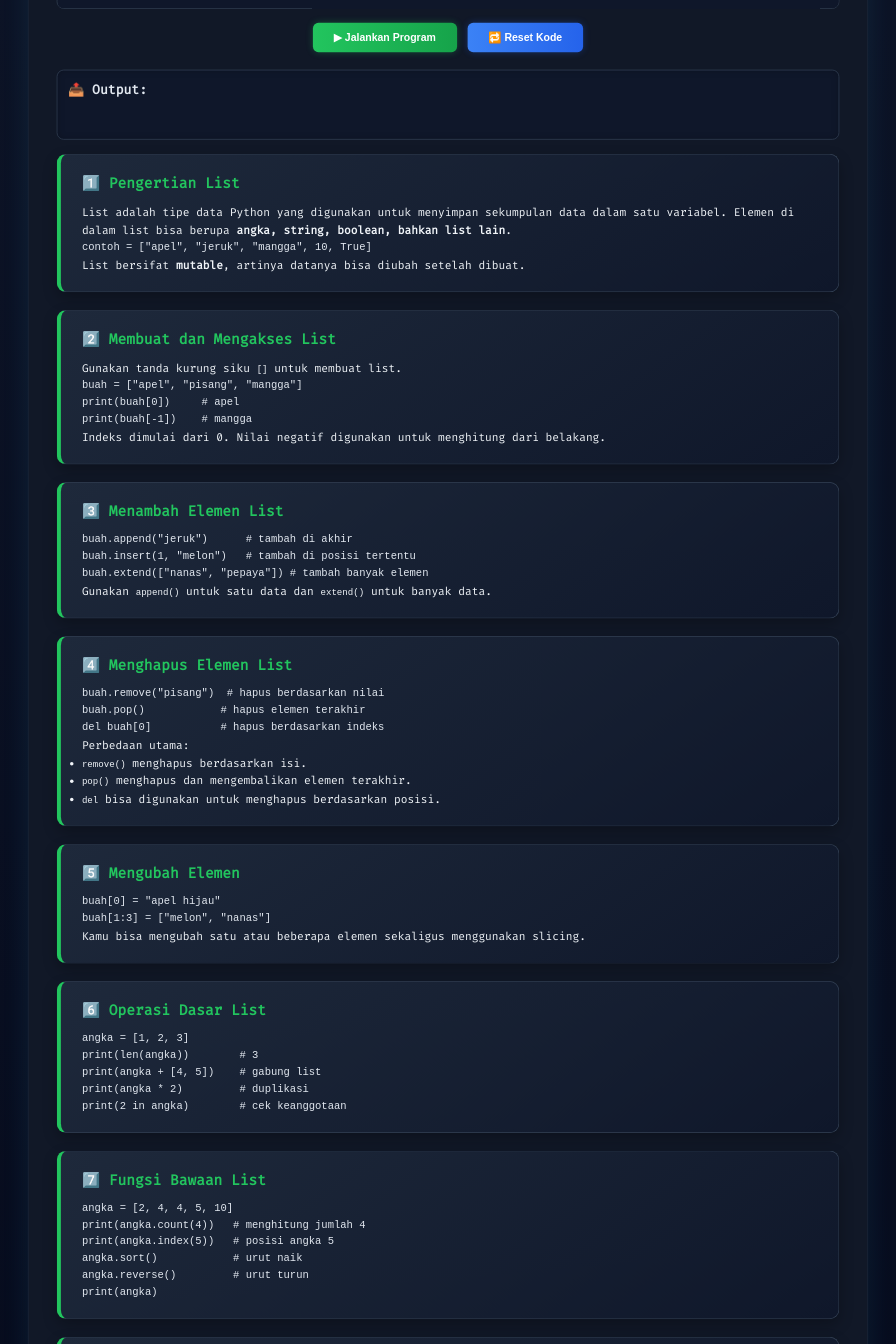
Repository: smkmutipugademak/Array
Page: index.html
The author's editor kept a copy of each file at every save. The page is drawn from the files as they stood at one save, then again after a run of saves.
The browser window is 1280 px wide. The pictures show the part of the page from y = 831 to 2751 px (the page is 4413 px tall before and 5846 px after), at 70% of full size.
An inner scrolling area shows only its first screen.

Above is the page before, as saved 2025-11-11 05:20:42.

### index.html
<!DOCTYPE html>
<html lang="id">

<head>
    <meta charset="UTF-8" />
    <meta name="viewport" content="width=device-width, initial-scale=1.0" />
    <title>🐍 Python Interactive Compiler - Belajar List</title>
    <link rel="stylesheet" href="style.css" />
    <link href="https://fonts.googleapis.com/css2?family=Fira+Code&display=swap" rel="stylesheet">
</head>

<body>
    <div class="container">
        <h1>🐍 Python Interactive Compiler</h1>
        <h2>📚 Modul: List (Array) Lengkap</h2>

        <div class="tabs">
            <button class="tab-button active" data-tab="praktikum">🧩 Praktikum</button>
        </div>

        <!-- ===================== TAB PRAKTIKUM ===================== -->
        <div id="praktikum" class="tab-content active">
            <div class="instructions">
                <h3>📗 Panduan Praktikum</h3>
                <ul>
                    <li>Edit bagian tertentu sesuai instruksi di komentar <code>#</code>.</li>
                    <li>Klik <b>▶ Jalankan</b> untuk menjalankan kode.</li>
                    <li>Klik <b>🔁 Reset</b> untuk mengembalikan kode ke versi awal.</li>
                    <li>Kode otomatis tersimpan, tidak akan hilang saat reload!</li>
                </ul>
            </div>

            <div class="editor-section">
                <label>💻 Kode Python:</label>
                <textarea id="editor" spellcheck="false"></textarea>

                <div class="btn-group">
                    <button id="runBtn">▶ Jalankan Program</button>
                    <button id="resetBtn">🔁 Reset Kode</button>
                </div>
            </div>

            <div class="output-container">
                <h3>📤 Output:</h3>
                <pre id="output"></pre>
            </div>
        </div>

        <!-- ===================== TAB TEORI LENGKAP ===================== -->
        <div id="teori" class="tab-content">
            <div class="theory-section">
                <div class="card">
                    <h3>1️⃣ Pengertian List</h3>
                    <p>List adalah tipe data Python yang digunakan untuk menyimpan sekumpulan data dalam satu variabel.
                        Elemen di dalam list bisa berupa <b>angka, string, boolean, bahkan list lain</b>.</p>
                    <pre><code>contoh = ["apel", "jeruk", "mangga", 10, True]</code></pre>
                    <p>List bersifat <b>mutable</b>, artinya datanya bisa diubah setelah dibuat.</p>
                </div>

                <div class="card">
                    <h3>2️⃣ Membuat dan Mengakses List</h3>
                    <p>Gunakan tanda kurung siku <code>[]</code> untuk membuat list.</p>
                    <pre><code>buah = ["apel", "pisang", "mangga"]
print(buah[0])     # apel
print(buah[-1])    # mangga</code></pre>
                    <p>Indeks dimulai dari 0. Nilai negatif digunakan untuk menghitung dari belakang.</p>
                </div>

                <div class="card">
                    <h3>3️⃣ Menambah Elemen List</h3>
                    <pre><code>buah.append("jeruk")      # tambah di akhir
buah.insert(1, "melon")   # tambah di posisi tertentu
buah.extend(["nanas", "pepaya"]) # tambah banyak elemen</code></pre>
                    <p>Gunakan <code>append()</code> untuk satu data dan <code>extend()</code> untuk banyak data.</p>
                </div>

                <div class="card">
                    <h3>4️⃣ Menghapus Elemen List</h3>
                    <pre><code>buah.remove("pisang")  # hapus berdasarkan nilai
buah.pop()            # hapus elemen terakhir
del buah[0]           # hapus berdasarkan indeks</code></pre>
                    <p>Perbedaan utama:
                    <ul>
                        <li><code>remove()</code> menghapus berdasarkan isi.</li>
                        <li><code>pop()</code> menghapus dan mengembalikan elemen terakhir.</li>
                        <li><code>del</code> bisa digunakan untuk menghapus berdasarkan posisi.</li>
                    </ul>
                    </p>
                </div>

                <div class="card">
                    <h3>5️⃣ Mengubah Elemen</h3>
                    <pre><code>buah[0] = "apel hijau"
buah[1:3] = ["melon", "nanas"]</code></pre>
                    <p>Kamu bisa mengubah satu atau beberapa elemen sekaligus menggunakan slicing.</p>
                </div>

                <div class="card">
                    <h3>6️⃣ Operasi Dasar List</h3>
                    <pre><code>angka = [1, 2, 3]
print(len(angka))        # 3
print(angka + [4, 5])    # gabung list
print(angka * 2)         # duplikasi
print(2 in angka)        # cek keanggotaan</code></pre>
                </div>

                <div class="card">
                    <h3>7️⃣ Fungsi Bawaan List</h3>
                    <pre><code>angka = [2, 4, 4, 5, 10]
print(angka.count(4))   # menghitung jumlah 4
print(angka.index(5))   # posisi angka 5
angka.sort()            # urut naik
angka.reverse()         # urut turun
print(angka)</code></pre>
                </div>

                <div class="card">
                    <h3>8️⃣ Slicing List</h3>
                    <pre><code>buah = ["apel", "pisang", "jeruk", "mangga", "melon"]
print(buah[1:4])   # ['pisang', 'jeruk', 'mangga']
print(buah[:3])    # ['apel', 'pisang', 'jeruk']
print(buah[::-1])  # urutan dibalik</code></pre>
                </div>

                <div class="card">
                    <h3>9️⃣ Nested List (List di dalam List)</h3>
                    <pre><code>kelas = [["Ani", 80], ["Budi", 90], ["Citra", 85]]
print(kelas[1][0])  # Budi
print(kelas[1][1])  # 90</code></pre>
                    <p>Nested list sering digunakan untuk menyimpan data tabel atau pasangan nilai (nama dan skor).</p>
                </div>

                <div class="card">
                    <h3>🔟 Looping pada List</h3>
                    <pre><code>for buah in ["apel", "pisang", "jeruk"]:
    print(buah)</code></pre>
                    <p>Bisa juga menggunakan <code>enumerate()</code> untuk mendapatkan indeks dan nilai:</p>
                    <pre><code>buah = ["apel", "jeruk", "pisang"]
for i, item in enumerate(buah):
    print(i, item)</code></pre>
                </div>

                <div class="card">
                    <h3>1️⃣1️⃣ List Comprehension</h3>
                    <p>Cara singkat membuat list dari iterasi.</p>
                    <pre><code>angka = [x for x in range(5)]
kuadrat = [x**2 for x in range(1,6)]
print(angka)
print(kuadrat)</code></pre>
                </div>

                <div class="card">
                    <h3>1️⃣2️⃣ Fungsi Copy, Clear, dan Lainnya</h3>
                    <pre><code>data = [1, 2, 3]
salinan = data.copy()
salinan.append(4)
print("Asli:", data)
print("Salinan:", salinan)

data.clear()
print("Setelah clear:", data)</code></pre>
                </div>

                <div class="card">
                    <h3>📖 Rangkuman</h3>
                    <ul>
                        <li>List menyimpan banyak data dalam satu variabel.</li>
                        <li>List bersifat <b>mutable</b> (bisa diubah).</li>
                        <li>Dapat ditambah, dihapus, digabung, dan diulang.</li>
                        <li>Mendukung operasi matematika dan logika sederhana.</li>
                        <li>Sangat penting untuk memahami manipulasi data di Python.</li>
                    </ul>
                </div>

                <div class="card" style="text-align:center; color:#22c55e;">
                    <h3>🎉 Selesai! Kamu sudah memahami semua konsep List Python 🎉</h3>
                </div>
            </div>
        </div>
    </div>

    <!-- Skulpt -->
    <script src="https://cdn.jsdelivr.net/npm/skulpt@1.2.0/dist/skulpt.min.js"></script>
    <script src="https://cdn.jsdelivr.net/npm/skulpt@1.2.0/dist/skulpt-stdlib.js"></script>
    <script src="script.js"></script>
</body>

</html>

### style.css
/* =======================================
   🌌 MODERN RESPONSIVE PYTHON COMPILER UI
   By Nanda Edition
======================================= */

/* RESET & BASE */
* {
    box-sizing: border-box;
    margin: 0;
    padding: 0;
}

body {
    background: radial-gradient(circle at top, #0f172a, #020617);
    color: #e2e8f0;
    font-family: "Fira Code", monospace;
    display: flex;
    justify-content: center;
    align-items: flex-start;
    min-height: 100vh;
    padding: 30px 10px;
}

/* CONTAINER */
.container {
    background: #111827;
    border: 1px solid #1e293b;
    border-radius: 20px;
    width: 100%;
    max-width: 1200px;
    padding: 30px 40px;
    box-shadow: 0 0 40px rgba(56, 189, 248, 0.1);
    animation: fadeIn 0.6s ease;
}

/* TITLE */
h1 {
    text-align: center;
    color: #38bdf8;
    font-size: 1.9rem;
    font-weight: 600;
    margin-bottom: 10px;
}

h2 {
    text-align: center;
    color: #94a3b8;
    font-size: 1rem;
    margin-bottom: 20px;
}

/* TABS */
.tabs {
    display: flex;
    justify-content: center;
    flex-wrap: wrap;
    gap: 10px;
    margin-bottom: 25px;
}

.tab-button {
    padding: 10px 22px;
    background: #1e293b;
    border: 1px solid #334155;
    border-radius: 10px;
    color: #cbd5e1;
    cursor: pointer;
    transition: all 0.3s ease;
    font-weight: 500;
}

.tab-button:hover {
    background: #2563eb;
    color: #fff;
    transform: translateY(-2px);
}

.tab-button.active {
    background: linear-gradient(90deg, #22c55e, #16a34a);
    color: #fff;
    box-shadow: 0 0 10px rgba(34, 197, 94, 0.4);
}

/* THEORY SECTION */
.theory-section {
    display: flex;
    flex-direction: column;
    gap: 25px;
    margin-top: 20px;
}

.card {
    background: linear-gradient(145deg, #1e293b 0%, #0f172a 100%);
    border: 1px solid #334155;
    border-left: 6px solid #22c55e;
    border-radius: 14px;
    padding: 25px 30px;
    color: #f1f5f9;
    line-height: 1.6;
    position: relative;
    transition: all 0.3s ease;
    box-shadow: 0 8px 20px rgba(0, 0, 0, 0.25);
}

.card:hover {
    transform: translateY(-4px);
    border-left-color: #38bdf8;
    box-shadow: 0 10px 25px rgba(56, 189, 248, 0.15);
}
/* Nomor bab */
.card h3 {
    display: flex;
    align-items: center;
    gap: 10px;
    font-size: 1.3rem;
    font-weight: 700;
    color: #22c55e;
    margin-bottom: 12px;
}
/* EDITOR SECTION */
.editor-section {
    display: flex;
    flex-direction: column;
    gap: 20px;
}

textarea {
    width: 100%;
    height: 480px;
    background: #0f172a;
    color: #f8fafc;
    border: 1px solid #334155;
    border-radius: 10px;
    padding: 15px;
    font-size: 15px;
    resize: none;
    outline: none;
    transition: all 0.3s ease;
}

textarea:focus {
    border-color: #38bdf8;
    box-shadow: 0 0 10px rgba(56, 189, 248, 0.2);
}

/* BUTTON GROUP */
.btn-group {
    display: flex;
    justify-content: center;
    flex-wrap: wrap;
    gap: 15px;
}

#runBtn,
#resetBtn {
    padding: 12px 30px;
    border: none;
    border-radius: 8px;
    color: #fff;
    cursor: pointer;
    font-size: 15px;
    font-weight: 600;
    transition: all 0.3s ease;
}

#runBtn {
    background: linear-gradient(90deg, #22c55e, #16a34a);
    box-shadow: 0 0 10px rgba(34, 197, 94, 0.3);
}

#runBtn:hover {
    background: linear-gradient(90deg, #16a34a, #15803d);
    transform: translateY(-2px);
}

#resetBtn {
    background: linear-gradient(90deg, #3b82f6, #2563eb);
    box-shadow: 0 0 10px rgba(37, 99, 235, 0.3);
}

#resetBtn:hover {
    background: linear-gradient(90deg, #2563eb, #1d4ed8);
    transform: translateY(-2px);
}

/* OUTPUT CONTAINER */
.output-container {
    background: #0f172a;
    border: 1px solid #334155;
    border-radius: 10px;
    padding: 15px;
    margin-top: 25px;
    overflow-x: auto;
    min-height: 100px;
    box-shadow: inset 0 0 10px rgba(0, 0, 0, 0.2);
}

pre {
    color: #e2e8f0;
    font-size: 15px;
    white-space: pre-wrap;
}

/* ANIMASI */
@keyframes fadeIn {
    from {
        opacity: 0;
        transform: translateY(20px);
    }

    to {
        opacity: 1;
        transform: translateY(0);
    }
}

/* RESPONSIVE ADJUSTMENTS */

/* 💻 Laptop kecil */
@media (max-width: 1024px) {
    .container {
        padding: 20px;
    }

    textarea {
        height: 400px;
        font-size: 14px;
    }
}

/* 📱 Tablet */
@media (max-width: 768px) {
    h1 {
        font-size: 1.6rem;
    }

    .theory-section {
        grid-template-columns: 1fr;
    }

    textarea {
        height: 350px;
    }
}

/* 📱 Smartphone besar */
@media (max-width: 480px) {
    .container {
        padding: 15px;
        border-radius: 14px;
    }

    .tab-button {
        padding: 8px 16px;
        font-size: 13px;
    }

    #runBtn,
    #resetBtn {
        padding: 10px 20px;
        font-size: 13px;
    }

    textarea {
        height: 300px;
        font-size: 13px;
    }
}

### script.js
// ============================================================
// 🧠 PYTHON COMPILER WITH AUTOSAVE
// ============================================================
const defaultCode = `# ============================================================
# 📘 PRAKTIKUM PYTHON LIST LENGKAP
# ============================================================

buah = ["apel", "jeruk", "pisang", "mangga"]
print("List buah awal:", buah)

# 🔹 Akses elemen
print("Buah pertama:", buah[0])
print("Buah terakhir:", buah[-1])

# 🔹 Ubah elemen
buah[0] = "apel hijau"
print("Setelah diubah:", buah)

# 🔹 Tambah data
buah.append("melon")
buah.insert(2, "anggur")
buah.extend(["nanas", "pepaya"])
print("Setelah ditambah:", buah)

# 🔹 Hapus data
buah.remove("jeruk")
hapus = buah.pop()
print("Setelah dihapus:", buah)
print("Yang dihapus:", hapus)

# 🔹 Fungsi dasar list
angka = [2, 4, 5, 5, 10, 4]
print("List angka:", angka)
print("Jumlah elemen:", len(angka))
print("Banyak angka 5:", angka.count(5))
print("Indeks angka 4:", angka.index(4))

# 🔹 Operasi list
print("Penjumlahan list:", angka + [20, 30])
print("Duplikasi list:", angka * 2)
print("Apakah 4 ada di list?", 4 in angka)

# 🔹 Slicing
print("Elemen ke-2 s.d 4:", angka[1:4])
print("Membalik urutan:", angka[::-1])

# 🔹 Nested list
kelas = [["Ani", 80], ["Budi", 90], ["Citra", 85]]
print("Nilai Budi:", kelas[1][1])

# 🔹 Looping
print("Daftar nilai siswa:")
for nama, nilai in kelas:
    print("-", nama, "=", nilai)

# 🔹 List comprehension
kuadrat = [x**2 for x in range(1, 6)]
print("Kuadrat 1–5:", kuadrat)

# 🔹 Sort & Reverse
angka2 = [9, 3, 6, 1, 7]
angka2.sort()
print("Urut naik:", angka2)
angka2.reverse()
print("Urut turun:", angka2)

# 🔹 Copy dan Clear
salinan = angka2.copy()
salinan.append(100)
print("Asli:", angka2)
print("Salinan:", salinan)
salinan.clear()
print("Setelah clear:", salinan)

print("\\n✅ Semua fungsi List Python telah dipelajari!")`;

// ===========================
//  Inisialisasi Editor
// ===========================
const editor = document.getElementById("editor");
const output = document.getElementById("output");
const savedCode = localStorage.getItem("pythonCode");

editor.value = savedCode || defaultCode;

// ===========================
//  Jalankan Program
// ===========================
function outf(text) {
    output.innerHTML += text + "\n";
}

function builtinRead(x) {
    if (Sk.builtinFiles === undefined || Sk.builtinFiles["files"][x] === undefined)
        throw "File not found: '" + x + "'";
    return Sk.builtinFiles["files"][x];
}

document.getElementById("runBtn").addEventListener("click", () => {
    output.innerHTML = "";
    Sk.configure({ output: outf, read: builtinRead });
    Sk.misceval.asyncToPromise(() => Sk.importMainWithBody("<stdin>", false, editor.value, true))
        .then(() => outf("\n✅ Program selesai tanpa error."))
        .catch(err => outf("\n❌ Error: " + err.toString()));
});

// ===========================
//  Reset ke Default
// ===========================
document.getElementById("resetBtn").addEventListener("click", () => {
    if (confirm("Yakin ingin mengembalikan kode ke versi awal?")) {
        editor.value = defaultCode;
        output.innerHTML = "";
        localStorage.removeItem("pythonCode");
    }
});

// ===========================
//  Autosave Tiap 2 Detik
// ===========================
setInterval(() => {
    localStorage.setItem("pythonCode", editor.value);
}, 2000);

// ===========================
//  Tab Navigasi
// ===========================
document.querySelectorAll(".tab-button").forEach(btn => {
    btn.addEventListener("click", () => {
        document.querySelectorAll(".tab-button").forEach(b => b.classList.remove("active"));
        document.querySelectorAll(".tab-content").forEach(c => c.classList.remove("active"));
        btn.classList.add("active");
        document.getElementById(btn.dataset.tab).classList.add("active");
    });
});

After the next 2 saves:
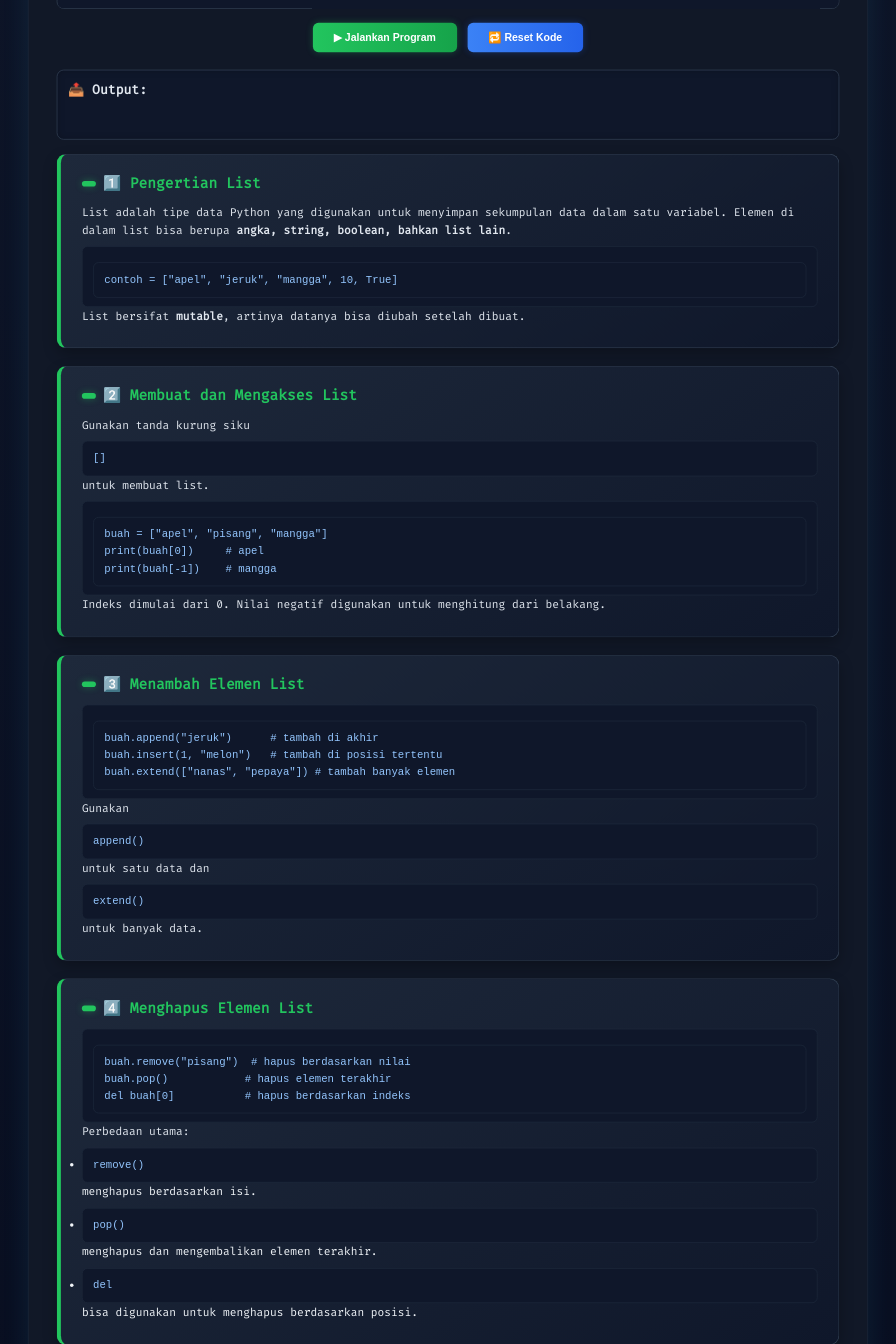
The 2 saves are shown as one change because they came seconds apart.
The last was saved 19 s later.
--- a/style.css
+++ b/style.css
@@ -107,6 +107,7 @@ h2 {
     border-left-color: #38bdf8;
     box-shadow: 0 10px 25px rgba(56, 189, 248, 0.15);
 }
+
 /* Nomor bab */
 .card h3 {
     display: flex;
@@ -117,11 +118,84 @@ h2 {
     color: #22c55e;
     margin-bottom: 12px;
 }
+
 /* EDITOR SECTION */
 .editor-section {
     display: flex;
     flex-direction: column;
     gap: 20px;
+}
+
+.card h3::before {
+    content: attr(data-step);
+    background: #22c55e;
+    color: #fff;
+    font-weight: 700;
+    border-radius: 8px;
+    padding: 4px 10px;
+    font-size: 0.9rem;
+    box-shadow: 0 0 10px rgba(34, 197, 94, 0.4);
+}
+
+/* Teks isi */
+.card p {
+    font-size: 1rem;
+    color: #e2e8f0;
+    margin-bottom: 8px;
+}
+
+/* Contoh kode */
+.card code,
+.card pre {
+    display: block;
+    background: #0f172a;
+    border-radius: 8px;
+    padding: 12px 15px;
+    margin-top: 10px;
+    color: #93c5fd;
+    font-size: 0.95rem;
+    border: 1px solid #1e293b;
+    overflow-x: auto;
+}
+
+/* Penekanan kata penting */
+.card strong {
+    color: #facc15;
+    font-weight: 700;
+}
+
+/* Animasi lembut tiap kartu */
+.card {
+    opacity: 0;
+    animation: slideUp 0.6s ease forwards;
+}
+
+.card:nth-child(1) {
+    animation-delay: 0.1s;
+}
+
+.card:nth-child(2) {
+    animation-delay: 0.2s;
+}
+
+.card:nth-child(3) {
+    animation-delay: 0.3s;
+}
+
+.card:nth-child(4) {
+    animation-delay: 0.4s;
+}
+
+@keyframes slideUp {
+    from {
+        opacity: 0;
+        transform: translateY(15px);
+    }
+
+    to {
+        opacity: 1;
+        transform: translateY(0);
+    }
 }
 
 textarea {
